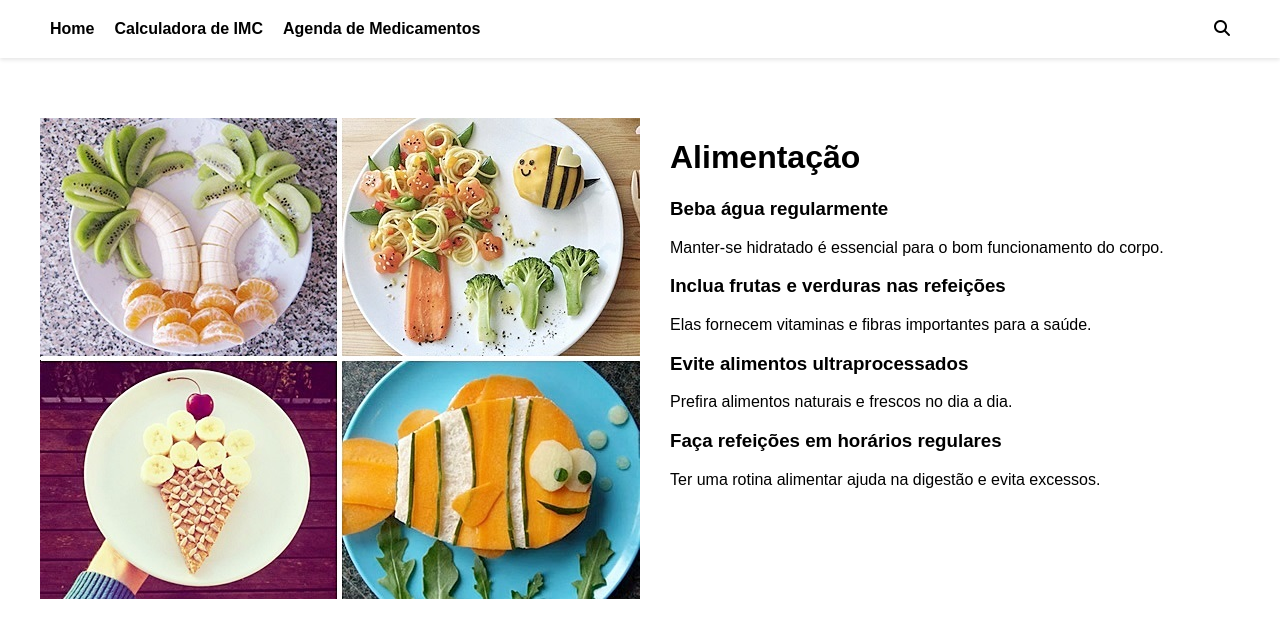
Repository: Cristiane-Sartori14/dicasSaude
Page: index.html
An editor plug-in stored every save of this project. The page is shown before and after the next save, followed by the edit.
The browser window is 1280 px wide. The pictures show the whole page.

Above is the page before, as saved 2025-05-18 21:33:46.

After the next save:
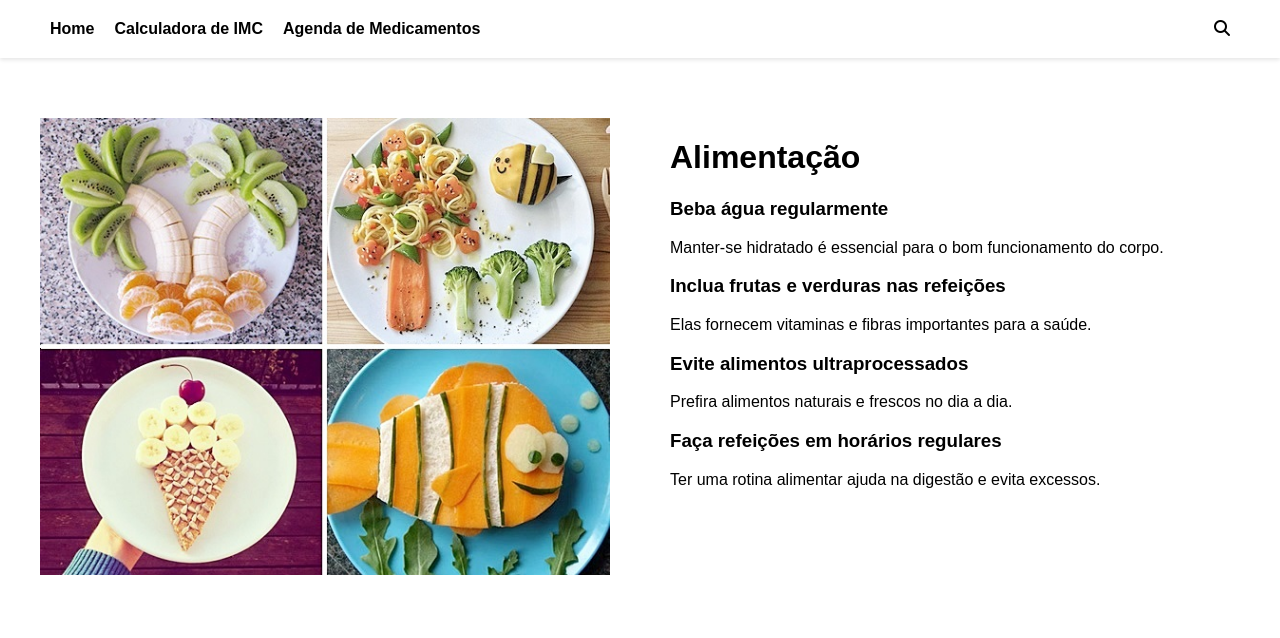
Saved 12 s later.
--- a/style.css
+++ b/style.css
@@ -59,7 +59,7 @@ body {
 }
 
 .health-image img {
-  max-width: 200%;
+  max-width: 100%;
   height: auto;
   display: block;
 }
